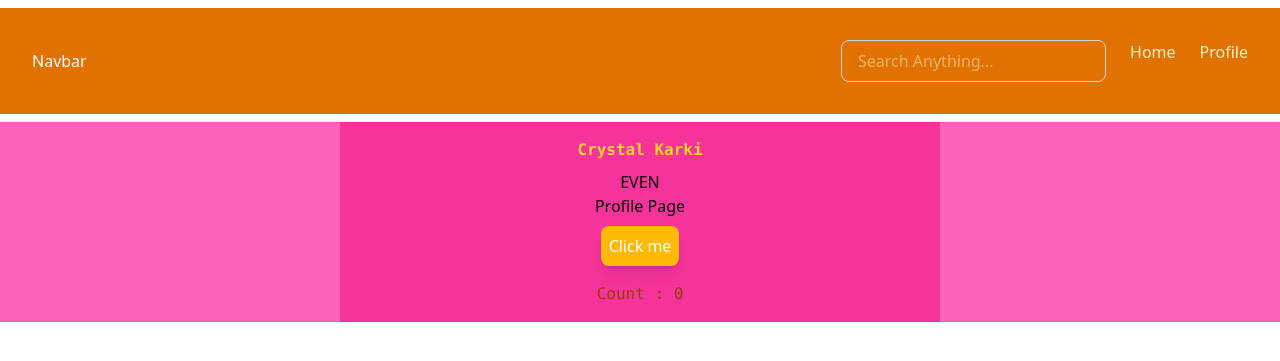
Repository: samit2059/CollegeReact
Page: / (app in react/collegereact/)
The author's editor kept a copy of each file at every save. The page is drawn from the files as they stood at one save, then again after the next save.
The browser window is 1280 px wide. The pictures show the whole page.
The project was rebuilt for these pictures with package versions that can differ from the ones it lists, and the page was loaded fresh each time. Also part of the build but not shown: react/collegereact/vite.config.js, react/collegereact/src/App.jsx, react/collegereact/src/navbar.jsx, react/collegereact/src/Props Example/First.jsx, react/collegereact/src/Props Example/Second.jsx.

Above is the page before, as saved 2026-01-21 11:18:28.

### react/collegereact/index.html
<!doctype html>
<html lang="en">
  <head>
    <meta charset="UTF-8" />
    <link rel="icon" type="image/svg+xml" href="/vite.svg" />
    <meta name="viewport" content="width=device-width, initial-scale=1.0" />
    <title>collegereact</title>
  </head>
  <body>
    <div id="root"></div>
    <script type="module" src="/src/main.jsx"></script>
  </body>
</html>

### react/collegereact/src/main.jsx
import { StrictMode } from "react";
import { createRoot } from "react-dom/client";
import "./index.css";
import App from "./App.jsx";
import Navbar from "./navbar.jsx";
import Nav1 from "./nav1.jsx";
import First from "./Props Example/First.jsx";
// import Profile from "./profile.jsx";
import Profile from "./StateExamples/profile.jsx";
import Second from "./Props Example/Second.jsx";
// import Home from './Home.jsx'
// import { Second } from './Home.jsx'

// let myObj = {
//   address: "ktm",
//   age: 23,
//   fullName: "rams"
// }
// let profile = {
//   username:"Samit Shrestha",
//   email:"shrestha@gmail.com",
//   age:18,
//   address:"Bhaktapur",
// };
createRoot(document.getElementById("root")).render(
  <StrictMode>
    {/* <Navbar /> */}
    <Nav1 />
    {/* <First address={"BKT"} age={33} fullName="motorcycle" /> */}
    {/* <First {...myObj} /> */}
    <Profile gretting="Crystal Karki "/>
    {/* <App /> */}
    {/* <Second /> */}
    {/* <Home />   */}
  </StrictMode>
);

### react/collegereact/src/index.css
@import "tailwindcss";

/* in index.css (after tailwind layers) */
/* .tw-root .btn {
  @apply px-4 py-2 bg-blue-500 text-white rounded;
} */

### react/collegereact/src/nav1.jsx
import React from 'react';
import './navbar.css'

const Nav1 = () => {
  let handleProfile = (e) => {
    e.target.style.color = "red";
    e.target.style.backgroundColor = "black"
    console.log("profile clicked");
    console.log(e.target.style);
    /*
    let event ={
     target:{
        value:"Profile",
        style:{
            color:"red",
            backgroundColor:"black"
        }
     }
    } */
  }
  let handleChangeOnsearch = (e) => {
    console.log(e.target.value);
    // e.target.style.backgroundColor = "black"
    e.target.style.color = "red"
    let l = e.target.value;
    console.log(l.length);
    let random1 = Math.floor(Math.random() * 255);
    let random2 = Math.floor(Math.random() * 255);
    let random3 = Math.floor(Math.random() * 255);

    e.target.style.backgroundColor = `rgb(${random1}, ${random2}, ${random3})`
    console.log(random1);
    console.log(random2);
    console.log(random3);
  }
  return (
    <div className=' !p-8 !my-2 flex bg-amber-600 text-amber-100 justify-between items-center'>
      <h1 className='navelement'>Navbar</h1>
      <div className='menus flex gap-6'>
        <div className='max-w-md mx-auto '>
            <input placeholder='Search Anything...' onChange={handleChangeOnsearch} className='w-full px-4 py-2 border border-gray-300 rounded-lg focus:ring-2 focus:ring-blue-500 focus:border-transparent outline-none transition-all'/>
        </div>
        <h4 onClick={(e) => {
          console.log("home clicked");
          console.log(e.target);

        }}>Home</h4>
        <h4 onClick={handleProfile}>Profile</h4>
      </div>
    </div>
  )
}

export default Nav1

### react/collegereact/src/StateExamples/profile.jsx
import { useState } from "react"

let Profile = ({gretting}) =>{
    const [count, setCount] = useState(0);
    return (
        <div className="items-center justify-center bg-pink-400 text-center flex">
        <div className="p-2 bg-pink-500 w-[600px] items-center justify-center">
            <p className="p-2 text-amber-300 font-mono font-bold  stretched stroke-emerald-200">{gretting}</p>
            {count%2 == 0 ? <h2>EVEN</h2> : <h2>ODD</h2>}
            <h1>Profile Page</h1>
            <button onClick={() => setCount(count+1)} className="p-2 m-2 bg-amber-400 font-medium rounded-lg shadow-lg text-white">Click me</button>
            <p className="p-2 text-amber-800 font-mono ">Count : {count}</p>
        </div>
        </div>
    )
}

export default Profile

### react/collegereact/src/navbar.css


.navelement {
    color: white;
}

.navelement:hover {
    color: aliceblue;
}

.navbar {
    /* padding: 30px 20px; */
}

After the next save:
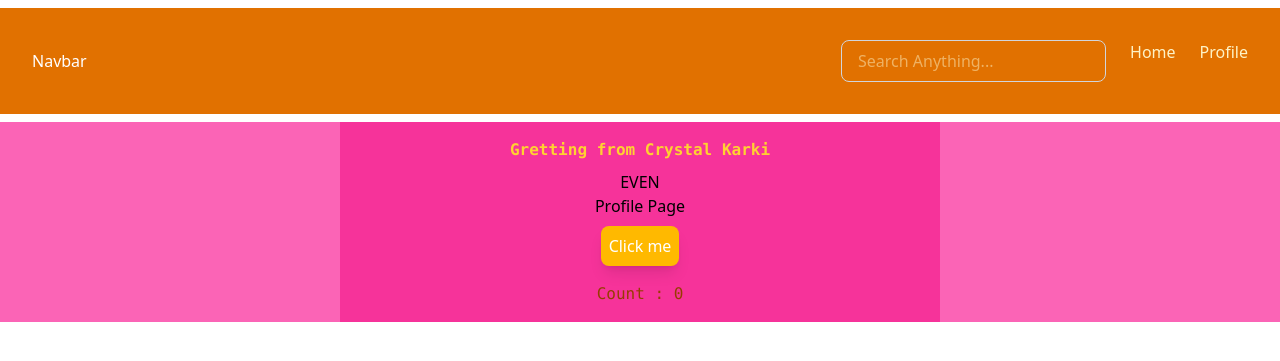
Saved 42 s later.
--- a/react/collegereact/src/StateExamples/profile.jsx
+++ b/react/collegereact/src/StateExamples/profile.jsx
@@ -5,7 +5,7 @@ let Profile = ({gretting}) =>{
     return (
         <div className="items-center justify-center bg-pink-400 text-center flex">
         <div className="p-2 bg-pink-500 w-[600px] items-center justify-center">
-            <p className="p-2 text-amber-300 font-mono font-bold  stretched stroke-emerald-200">{gretting}</p>
+            <p className="p-2 text-amber-300 font-mono font-bold  stretched stroke-emerald-200">Gretting from {gretting}</p>
             {count%2 == 0 ? <h2>EVEN</h2> : <h2>ODD</h2>}
             <h1>Profile Page</h1>
             <button onClick={() => setCount(count+1)} className="p-2 m-2 bg-amber-400 font-medium rounded-lg shadow-lg text-white">Click me</button>
